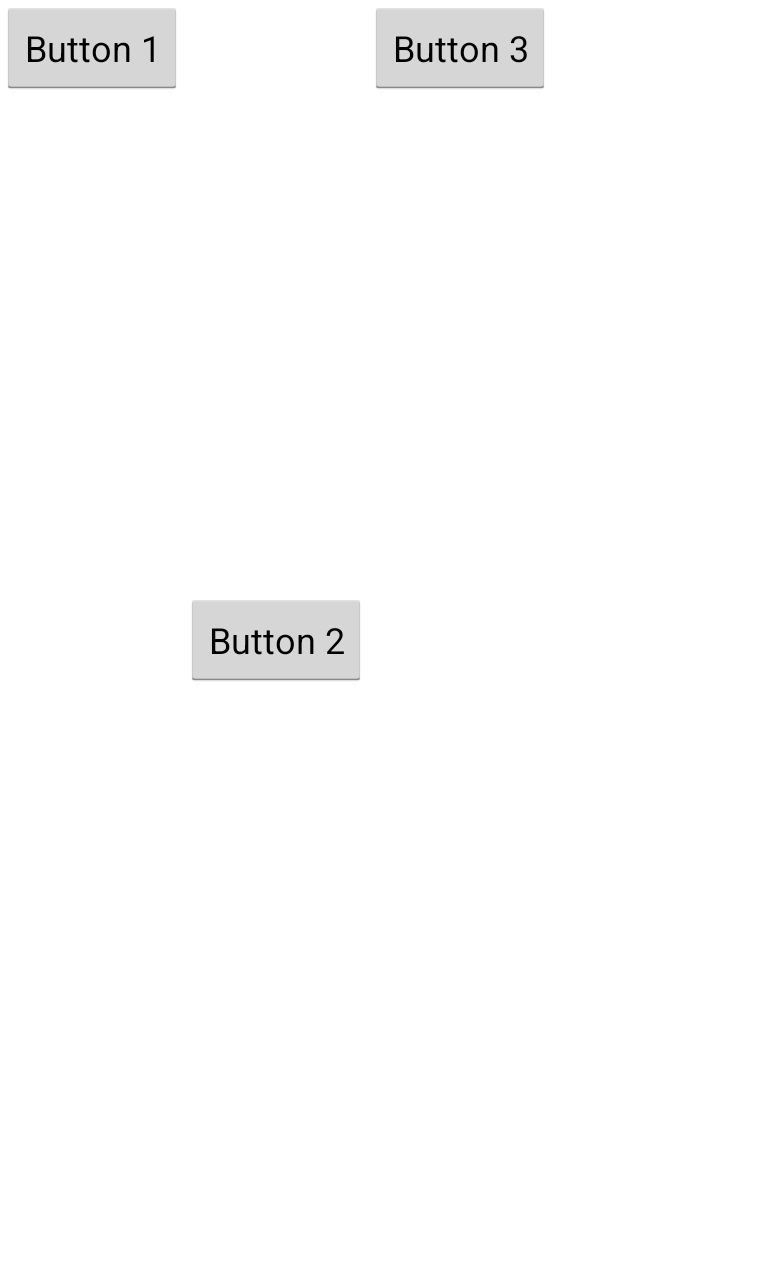
Repository: Wang-Xuan/Hello-World
Layout: UILayoutTest/res/layout/activity_main.xml
An editor plug-in stored every save of this project. The layout is shown before and after the next save, followed by the edit.
It is drawn on a 768 x 1280 px phone screen (xhdpi) without system bars, with theme AppTheme; the app's code is not run.

Above is the layout before, as saved 2014-12-07 05:23:16.

### UILayoutTest/res/layout/activity_main.xml
<LinearLayout xmlns:android="http://schemas.android.com/apk/res/android"
    xmlns:tools="http://schemas.android.com/tools"
    android:layout_width="match_parent"
    android:layout_height="match_parent"
	android:orientation="horizontal" >

	<Button
	    android:id="@+id/button1"
	    android:layout_width="wrap_content"
	    android:layout_height="wrap_content"
	    android:layout_gravity="top"
	    android:text="Button 1" />

	<Button
	    android:id="@+id/button2"
	    android:layout_width="wrap_content"
	    android:layout_height="wrap_content"
	    android:layout_gravity="center_vertical"
	    android:text="Button 2" />

	<Button
	    android:id="@+id/button3"
	    android:layout_width="wrap_content"
	    android:layout_height="wrap_content"
	    android:layout_gravity="buttom"
	    android:text="Button 3" />

</LinearLayout>

Loaded but not shown: UILayoutTest/res/values/styles.xml (common file); UILayoutTest/res/values-v11/styles.xml (common file); UILayoutTest/res/values-v14/styles.xml (common file)

After the next save:
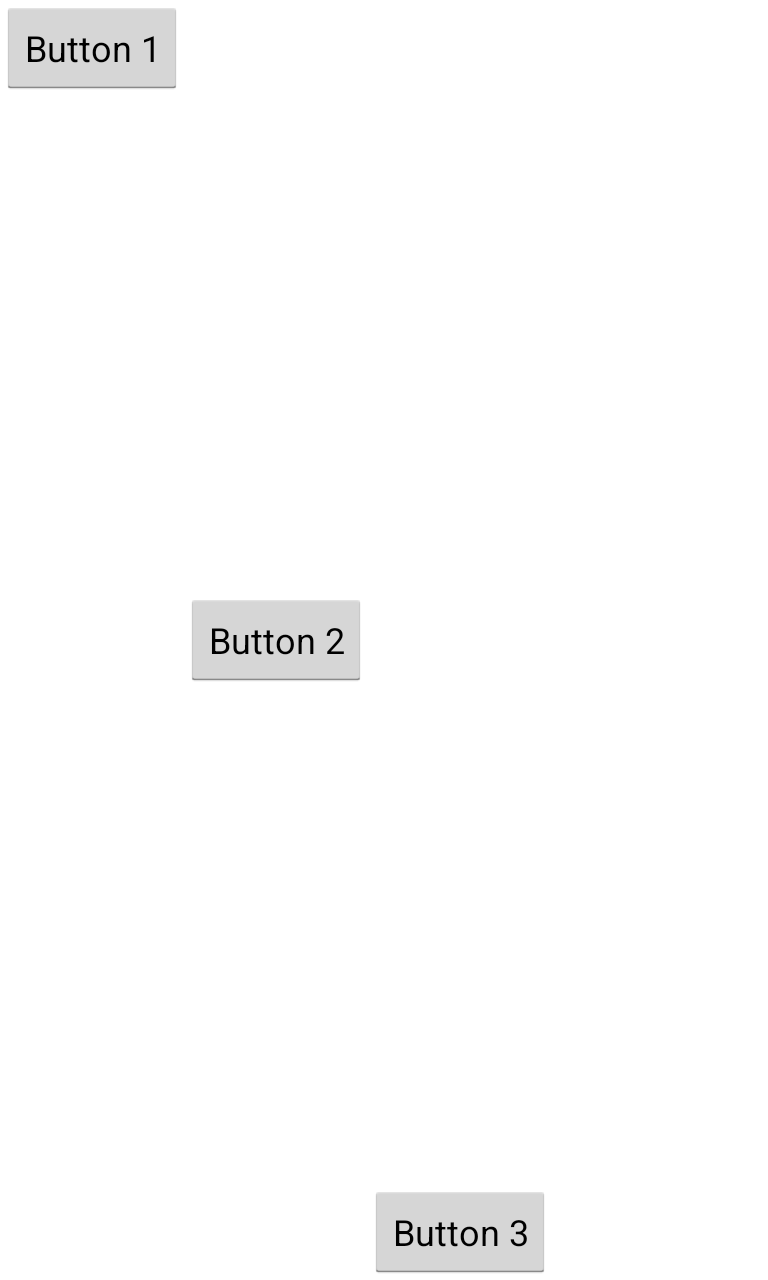
Saved 67 s later.
--- a/UILayoutTest/res/layout/activity_main.xml
+++ b/UILayoutTest/res/layout/activity_main.xml
@@ -22,7 +22,7 @@
 	    android:id="@+id/button3"
 	    android:layout_width="wrap_content"
 	    android:layout_height="wrap_content"
-	    android:layout_gravity="buttom"
+	    android:layout_gravity="bottom"
 	    android:text="Button 3" />
 
 </LinearLayout>
